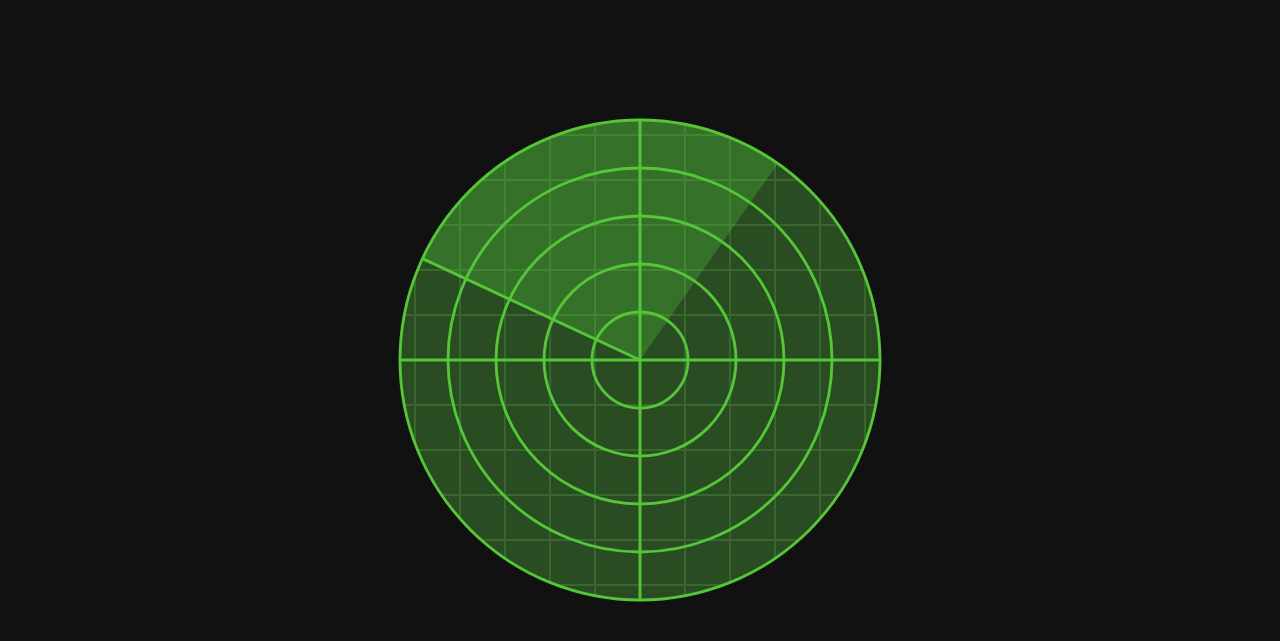
Repository: pedro-mancano/ProjetoCDM204
Page: scripts/radar.html
The author's editor kept a copy of each file at every save. The page is drawn from the files as they stood at one save, then again after the next save.
The browser window is 1280 px wide. The pictures show the whole page.

Above is the page before, as saved 2024-11-27 09:17:24.

After the next save:
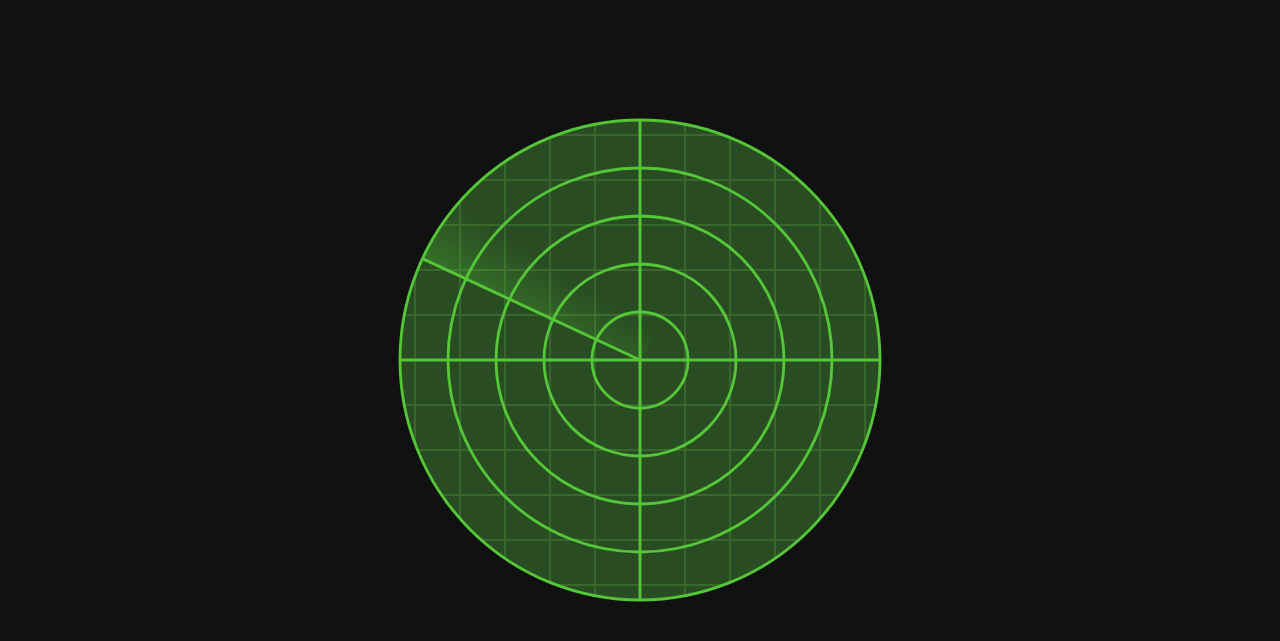
Saved 8 s later.
--- a/scripts/radar.js
+++ b/scripts/radar.js
@@ -87,7 +87,7 @@ function draw(elapsed) {
   // Create a linear gradient
   const gradient = ctx.createLinearGradient(startX, startY, endX, endY);
   gradient.addColorStop(0, '#54c638'); // Start with red
-  gradient.addColorStop(1, '#54c638'); // End with blue
+  gradient.addColorStop(1, '#54c63800'); // End with blue
 
   ctx.fillStyle = gradient;
   ctx.lineWidth = 2 * scaleFactor;
